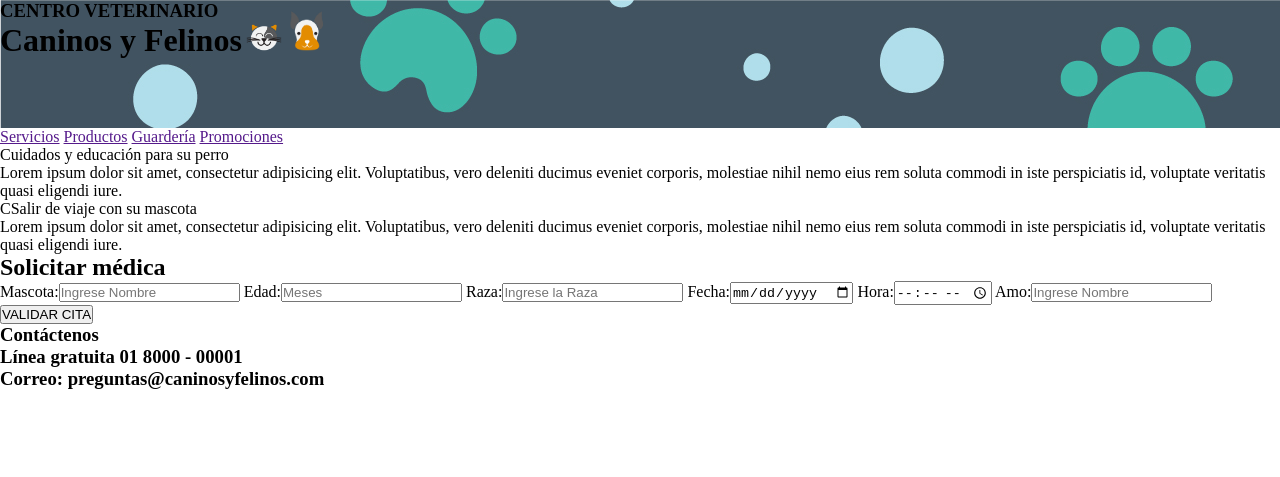
Repository: mariomr87/senaweb01
Page: principal.html
An editor plug-in stored every save of this project. The page is shown before and after the next save, followed by the edit.
The browser window is 1280 px wide. The pictures show the whole page.

Above is the page before, as saved 2021-09-26 19:46:14.

### principal.html
<!DOCTYPE html>
<html lang="en">
<head>
    <meta charset="UTF-8">
    <meta http-equiv="X-UA-Compatible" content="IE=edge">
    <meta name="viewport" content="width=device-width, initial-scale=1.0">
    <link rel="stylesheet" href="estilos.css">
    <title>Document</title>
</head>
<body>
    <div>
        <header>
            <div id="cabecera">
                <div class="header-text">
                    <h3>CENTRO VETERINARIO</h3>
                    <h1>Caninos y Felinos</h1>
                </div>
                <div class="header-text">
                    <img src="./imagenes/cat_white.png" alt="">
                    <img src="./imagenes/dog_white.png" alt="">
                </div>
            </div>
        </header>
        <nav>
            <td>
                <tr><a href="">Servicios</a></tr>
                <tr><a href="">Productos</a></tr>
                <tr><a href="">Guardería</a></tr>
                <tr><a href="">Promociones</a></tr>
            </td>
        </nav>
        <section>
            <article>
                <p>Cuidados y educación para su perro</p>
                <p>Lorem ipsum dolor sit amet, consectetur adipisicing elit. Voluptatibus, vero deleniti ducimus eveniet corporis, molestiae nihil nemo eius rem soluta commodi in iste perspiciatis id, voluptate veritatis quasi eligendi iure.</p>
            </article>
            <article>
                <p>CSalir de viaje con su mascota</p>
                <p>Lorem ipsum dolor sit amet, consectetur adipisicing elit. Voluptatibus, vero deleniti ducimus eveniet corporis, molestiae nihil nemo eius rem soluta commodi in iste perspiciatis id, voluptate veritatis quasi eligendi iure.</p>
            </article>
        </section>
        <aside>
            <form action="">
                <div><h2>Solicitar médica</h2></div>
                <div>
                    <label for="mascota_name">Mascota:</label><input type="text" placeholder="Ingrese Nombre" id="">
                    <label for="age_pet">Edad:</label><input type="number" name="" id="" placeholder="Meses">
                    <label for="raza_pet">Raza:</label><input type="text" name="" id="" placeholder="Ingrese la Raza">
                    <label for="fecha_ingreso_pet">Fecha:</label><input type="date" name="" id="">
                    <label for="hora_ingreso_pet">Hora:</label><input type="time" name="" id="">
                    <label for="amo_pet">Amo:</label><input type="text" name="" id="" placeholder="Ingrese Nombre">
                    <button type="submit">VALIDAR CITA</button>
                </div>
            </form>
        </aside>
        <footer>
            <h3>Contáctenos</h3>
            <h3>Línea gratuita 01 8000 - 00001</h3>
            <h3>Correo: preguntas@caninosyfelinos.com</h3>
        </footer>
    </div>
</body>
</html>

### estilos.css
*{
    margin: 0px;
    padding: 0px;
}

header div img{
    width: 8%;
}

header{

}

#cabecera{
    background-image: url("./imagenes/OPSEG70.jpg");
    background-repeat: initial;
    width: 100%;
    height: 8em;
}

.header-text{
    display: inline-block;
}

After the next save:
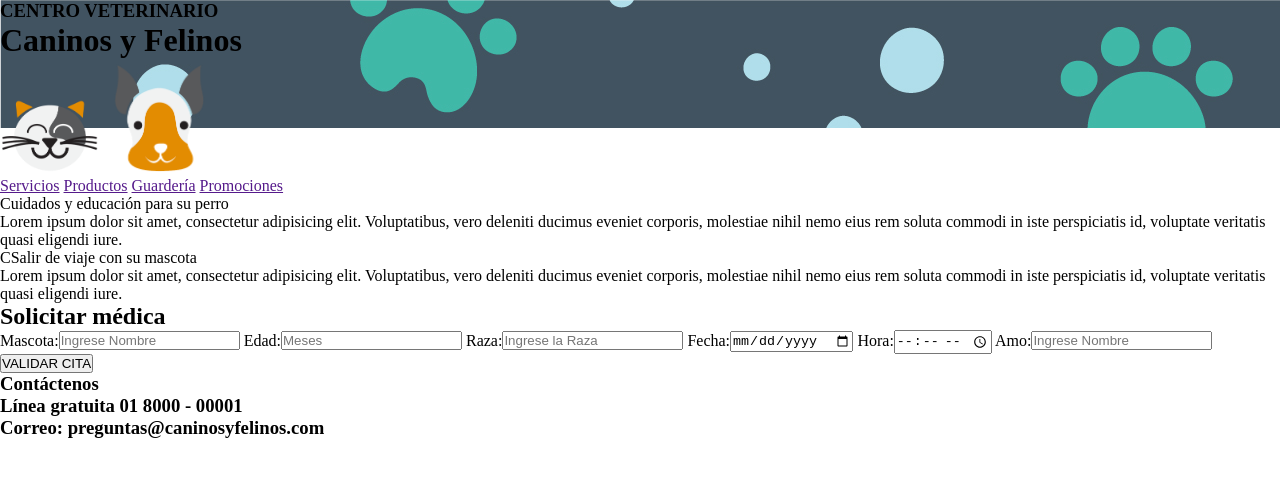
Saved 30 s later.
--- a/estilos.css
+++ b/estilos.css
@@ -16,8 +16,9 @@ header{
     background-repeat: initial;
     width: 100%;
     height: 8em;
+    display: inline-block;
 }
 
 .header-text{
-    display: inline-block;
+
 }
